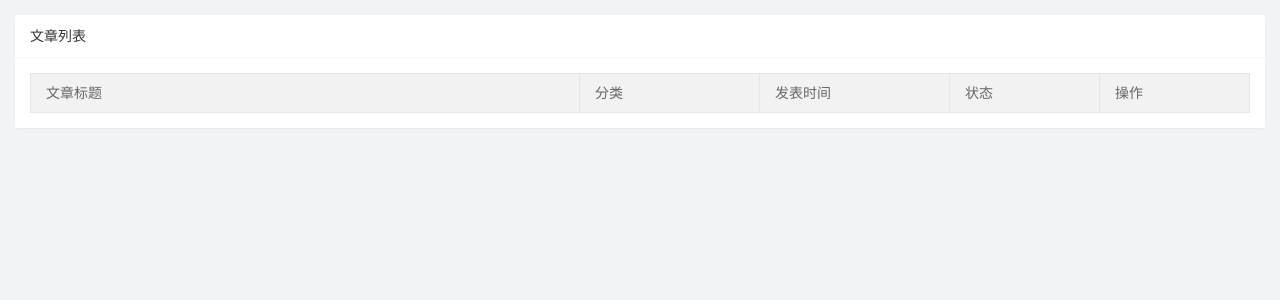
Repository: R1Deemo/Main-project
Page: article/art_list.html
The author's editor kept a copy of each file at every save. The page is drawn from the files as they stood at one save, then again after the next save.
The browser window is 1280 px wide. The pictures show the whole page.
The page's requests for data from a server got no answer.

Above is the page before, as saved 2022-11-12 17:12:11.
Console error: TypeError: Cannot read properties of undefined (reading 'status')

### article/art_list.html
<!DOCTYPE html>
<html lang="en">

<head>
    <meta charset="UTF-8">
    <meta http-equiv="X-UA-Compatible" content="IE=edge">
    <meta name="viewport" content="width=device-width, initial-scale=1.0">
    <title>Document</title>
    <link rel="stylesheet" href="/assets/lib/layui/css/layui.css" />
    <link rel="stylesheet" href="/assets//css/article/art_list.css">

</head>

<body>
    <!-- 卡片区域 -->
    <div class="layui-card">
        <div class="layui-card-header">文章列表</div>
        <div class="layui-card-body">
            <!-- 筛选区域 -->
            <!-- 列表区域 -->
            <table class="layui-table">
                <colgroup>
                    <col>
                    <col width="180">
                    <col width="190">
                    <col width="150">
                    <col width="150">

                </colgroup>
                <thead>
                    <tr>
                        <th>文章标题</th>
                        <th>分类</th>
                        <th>发表时间</th>
                        <th>状态</th>
                        <th>操作</th>

                    </tr>
                </thead>
                <tbody>


                </tbody>
            </table>
            <!-- 分页区域 -->
        </div>
    </div>
    <!-- 列表数据的模板引擎 -->
    <script type="text/html" id="tpl-table">
        {{each data}}
        <tr>
            <td>{{$value.title}}</td>
            <td>{{$value.name}}</td>
            <td>{{$value.pub_date|dataFormat}}</td>
            <td>{{$value.state}}</td>
            <td><button type="button" class="layui-btn layui-btn-xs">编辑</button>
                <button type="button" class="layui-btn layui-btn-danger layui-btn-xs btn-delete" data-id="{{$value.article_id}}">删除</button>
            </td>
        </tr>
        {{/each}}
    </script>
    <!-- 导入第三方js -->
    <script src="/assets/lib/layui/layui.all.js"></script>
    <script src="/assets/lib/jquery.js"></script>
    <script src="/assets/js/baseAPI.js"></script>
    <script src="/assets/lib/template-web.js"></script>

    <script src="/assets/js/article/art_list.js"></script>
</body>

</html>

### assets/js/baseAPI.js
// 注意：每次调用 $.get() 或 $.post() 或 $.ajax() 的时候，
// 会先调用 ajaxPrefilter 这个函数
// 在这个函数中，可以拿到我们给Ajax提供的配置对象
$.ajaxPrefilter(function(options) {
    // 在发起真正的 Ajax 请求之前，统一拼接请求的根路径
    // options.url = 'http://www.liulongbin.top:3007' + options.url
    options.url = 'http://127.0.0.1:3007' + options.url


    // 统一为有权限的接口，设置 headers 请求头
    if (options.url.indexOf('/my/') !== -1) {
        options.headers = {
            Authorization: localStorage.getItem('token') || ''
        }
    }

    // 全局统一挂载 complete 回调函数
    options.complete = function(res) {
        // console.log('执行了 complete 回调：')
        // console.log(res)
        // 在 complete 回调函数中，可以使用 res.responseJSON 拿到服务器响应回来的数据
        // console.log(res)
        // if (res.responseJSON.status === 1 && res.responseJSON.message === '获取用户信息失败！') {
        if (res.responseJSON.status === 1 && res.responseJSON.message === '身份认证失败') {

            // 1. 强制清空 token
            localStorage.removeItem('token')
                // 2. 强制跳转到登录页面
            location.href = '/login.html'
        }
    }
})

### assets/js/article/art_list.js
$(function() {
    var layer = layui.layer

    // 定义美化时间的过滤器
    template.defaults.imports.dataFormat = function(date) {
        const dt = new Date(date)
        var y = dt.getFullYear()
        var m = padZero(dt.getMonth() + 1)
        var d = padZero(dt.getDate())

        var hh = padZero(dt.getHours())
        var mm = padZero(dt.getMinutes())
        var ss = padZero(dt.getSeconds())
        return y + '-' + m + '-' + d + ' ' + hh + ':' + mm + ':' + ss
    }

    //定义补零的函数
    function padZero(n) {
        return n > 9 ? n : '0' + n
    }
    //定义一个查询的参数对象，将来请求数据的时候需要将数据提交到服务器
    var q = {
        pagenum: 1, //默认是第几页
        pagesize: 2, //每页显示几条
        cate_id: '', //文章的分类id
        state: '' //文章的发布状态
    }

    initTabel()

    //获取文章列表数据的方法
    function initTabel() {
        $.ajax({
            method: 'get',
            url: '/my/article/list',
            data: {
                pagenum: 1, //默认是第几页
                pagesize: 2, //每页显示几条
                cate_id: '', //文章的分类id
                state: '' //文章的发布状态
            },
            success: function(res) {
                // console.log(q)
                // console.log(res)
                if (res.status !== 0) {
                    return layer.msg('获取文章列表失败')
                }
                //使用模板引擎渲染页面数据
                var htmlStr = template('tpl-table', res)
                $('tbody').html(htmlStr)
            }
        })

    }

    //通过代理的形式为删除按钮代理事件
    $('tbody').on('click', '.btn-delete', function() {
        var id = $(this).attr('data-id')
            //提示是否要删除
        layer.confirm('是否删除', { icon: 3, title: '删除' }, function(index) {

            $.ajax({
                method: 'get',
                url: '/my/article/delete/' + id,
                success: function(res) {
                    if (res.status !== 0) {
                        return layer.msg('删除文章失败')
                    }
                    layer.msg('删除文章成功')
                    layer.close(index)
                    initTabel()
                }
            })


        })
    })
})

Loaded but not shown: assets/lib/layui/css/layui.css (library); assets/css/article/art_list.css (common file); assets/lib/layui/layui.all.js (library); assets/lib/jquery.js (library); assets/lib/template-web.js (library); assets/lib/layui/css/modules/laydate/default/laydate.css (library); assets/lib/layui/css/modules/layer/default/layer.css (library); assets/lib/layui/css/modules/code.css (common file)

After the next save:
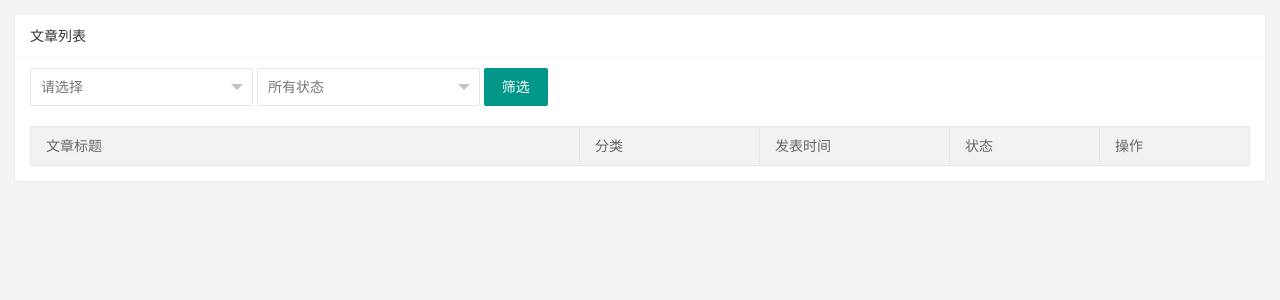
Saved 6 min 52 s later.
--- a/article/art_list.html
+++ b/article/art_list.html
@@ -17,6 +17,21 @@
         <div class="layui-card-header">文章列表</div>
         <div class="layui-card-body">
             <!-- 筛选区域 -->
+            <form class="layui-form" id="form-search">
+                <div class="layui-form-item layui-inline">
+                    <select name="cate_id"></select>
+                </div>
+                <div class="layui-form-item layui-inline">
+                    <select name="state">
+                    <option value="">所有状态</option>
+                    <option value="已发布">已发布</option>
+                    <option value="草稿">草稿</option>
+                  </select>
+                </div>
+                <div class="layui-form-item layui-inline">
+                    <button class="layui-btn" lay-submit lay-filter="formDemo">筛选</button>
+                </div>
+            </form>
             <!-- 列表区域 -->
             <table class="layui-table">
                 <colgroup>
